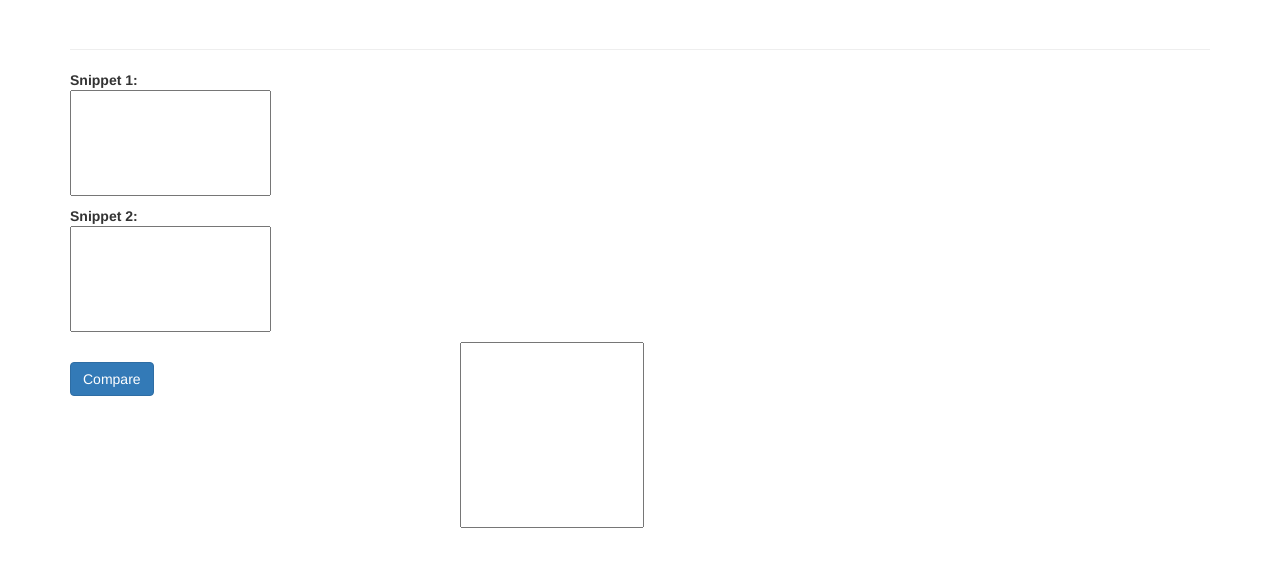
Repository: d4rkm3z/JSPerfomance
Page: index.html
These files come from the project's save history. The page is drawn as it stood at one moment and after a run of saves; the edit follows.
The browser window is 1280 px wide. The pictures show the whole page.

Above is the page before, as saved 2016-10-25 18:07:28.

### index.html
<!DOCTYPE html>
<html lang="en">

<head>
  <title></title>
  <meta charset="UTF-8">
  <meta name="viewport" content="width=device-width, initial-scale=1">
  <link href="src/css/style.css" rel="stylesheet">
  <link href="src/bootstrap/css/bootstrap.min.css" rel="stylesheet">
</head>

<body>
  <div class="container">
    <div class="page-header"></div>
    <div class="row">
      <div class="col-md-4">
        <label>
          Snippet 1:<br>
          <span class="snippets-group span-snippets">
            <textarea id="" rows="5" cols="20" style="resize:none"></textarea>
          </span>
          </label>
        <label>
          Snippet 2:<br>
          <span class="snippets-group span-snippets">
            <textarea id="" rows="5" cols="20" style="resize:none"></textarea>
          </span>
        </label>
      </div>
    </div>
    <div class="row">
      <div class="col-md-4">
        <button type="button" id="calculate" class="btn btn-primary btn-default btn-compare">Compare</button>
      </div>
      <div class="col-md-4">
        <span class="snippets-group snippet-result">
          <textarea id="result" rows="9" cols="20" style="resize:none"></textarea>
        </span>
      </div>
    </div>
  </div>
  <script src="src/js/jquery-3.1.1.min.js"></script>
  <script src="src/js/app.js"></script>
</body>

</html>

### src/css/style.css
.btn-compare{
  margin-top:20px !important;
}

### src/js/app.js
//view
class View {
  setResults(result) {
    $('#result').text(result);
  }
  getFragmentCodes() {
    let codes = [];
    let textareas = $('.span-snippets textarea');
    for (let i of textareas) {
      codes.push(i.value);
    }
    return codes;
  }
}

//controller
class CalculateTime {
  constructor() {
    this._start = 0;
  }
  getWorkedTime() {
    let timeNow = new Date().getTime();
    let elapsed = timeNow - this._start;
    return elapsed;
  }
  start() {
    this._start = new Date().getTime();
  }
}
class CalculateResults {
  constructor(mediator) {
    this.mediator = mediator;
  }
  getPerfectScript() {
    let calculates = this.mediator.model.getCalculates();
    let mean = [];

    for (let i in calculates) {
      mean[i] = calculates[i] / 1000;
    }

    let result = mean.indexOf(Math.max(...mean));
    return `Snippet ${result+1} fastly`;
  }
}
class TestCode {
  constructor(mediator) {
    this.mediator = mediator;
    this.calculateTime = mediator.calculateTime;
  }
  addCalculate(obj) {
    this.mediator.addCalculate(obj);
  }
  runTest(fragmentCodes) {
    for (let i in fragmentCodes) {
      let workedTime = 0;

      for (let j = 0; j <= 1000; j++) {
        this.calculateTime.start();
        this.runCalculate(fragmentCodes[i]);
        workedTime += this.calculateTime.getWorkedTime();
      }
      console.log(workedTime);
      this.addCalculate({
        id: i,
        value: workedTime
      });
    }
  }
  runCalculate(code) {
    try{
      eval(code);
    } catch(e){
      this.mediator.result = e.message;
    }
  }
}
class Controller {
  constructor() {
    self = this;
    self.view = new View();
    self.model = new Model();

    self.calculateTime = new CalculateTime();
    self.calculateResults = new CalculateResults(self);
    self.testCode = new TestCode(self);
  }
  runCompare() {
    self.fragmentCodes = self.view.getFragmentCodes();
    self.model.setLengthCalculate(self.fragmentCodes.length);
    self.testCode.runTest(self.fragmentCodes);
    self.result = self.calculateResults.getPerfectScript();
    self.setResult();
  }
  addCalculate(obj) {
    self.model.addCalculate(obj)
  }
  setResult() {
    self.view.setResults(self.result);
  }
}

//model
class Model {
  constructor() {
    this.calculates = [];
  }
  setLengthCalculate(length) {
    this.calculates = new Array(length);
  }
  addCalculate(obj) {
    console.log(obj);
    let id = Number(obj.id);
    let value = obj.value;
    if (this.calculates[id] === undefined) {
      this.calculates[id] = [];
    }
    this.calculates[id] = Number(value) + Number(this.calculates[id]);
    console.log(this.calculates)
  }
  getCalculates() {
    return this.calculates;
  }
}

var app = new Controller();
$('#calculate').on('click', app.runCompare);

Loaded but not shown: src/bootstrap/css/bootstrap.min.css (library); src/js/jquery-3.1.1.min.js (library)

After the next 3 saves:
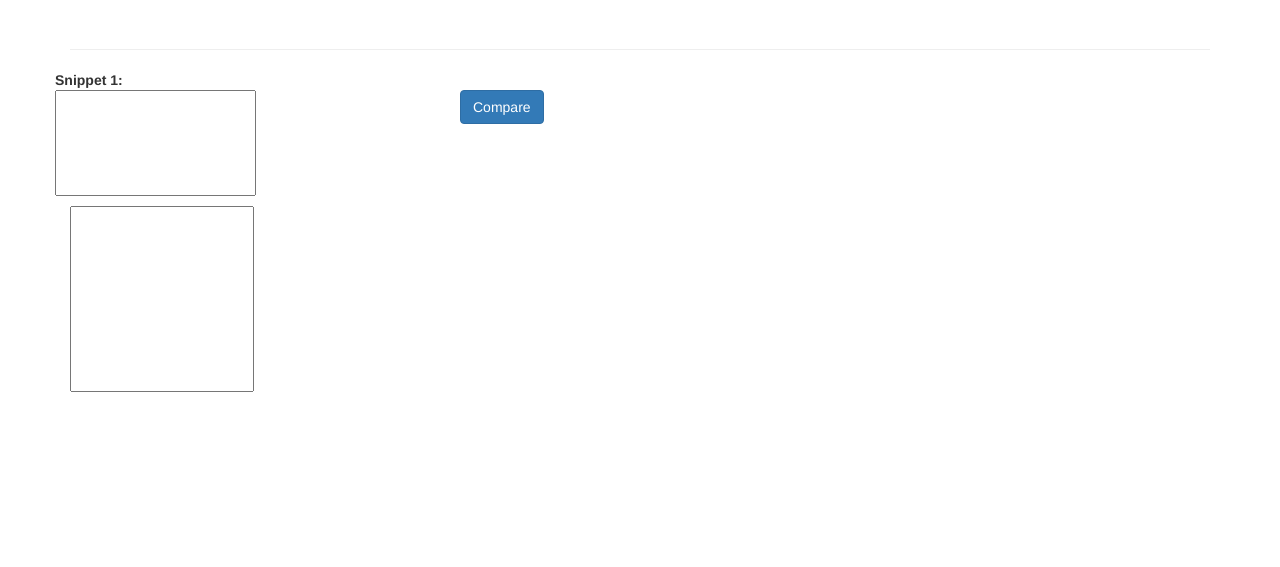
The 3 saves are shown as one change because they came seconds apart.
The last was saved 36 s later.
--- a/index.html
+++ b/index.html
@@ -14,24 +14,21 @@
     <div class="page-header"></div>
     <div class="row">
       <div class="col-md-4">
-        <label>
+        <div class="row">
+          <label>
           Snippet 1:<br>
           <span class="snippets-group span-snippets">
             <textarea id="" rows="5" cols="20" style="resize:none"></textarea>
           </span>
           </label>
-        <label>
-          Snippet 2:<br>
-          <span class="snippets-group span-snippets">
-            <textarea id="" rows="5" cols="20" style="resize:none"></textarea>
-          </span>
-        </label>
+        </div>
+
+      </div>
+      <div class="col-md-4">
+        <button type="button" id="calculate" class="btn btn-primary btn-default btn-compare">Compare</button>
       </div>
     </div>
     <div class="row">
-      <div class="col-md-4">
-        <button type="button" id="calculate" class="btn btn-primary btn-default btn-compare">Compare</button>
-      </div>
       <div class="col-md-4">
         <span class="snippets-group snippet-result">
           <textarea id="result" rows="9" cols="20" style="resize:none"></textarea>
